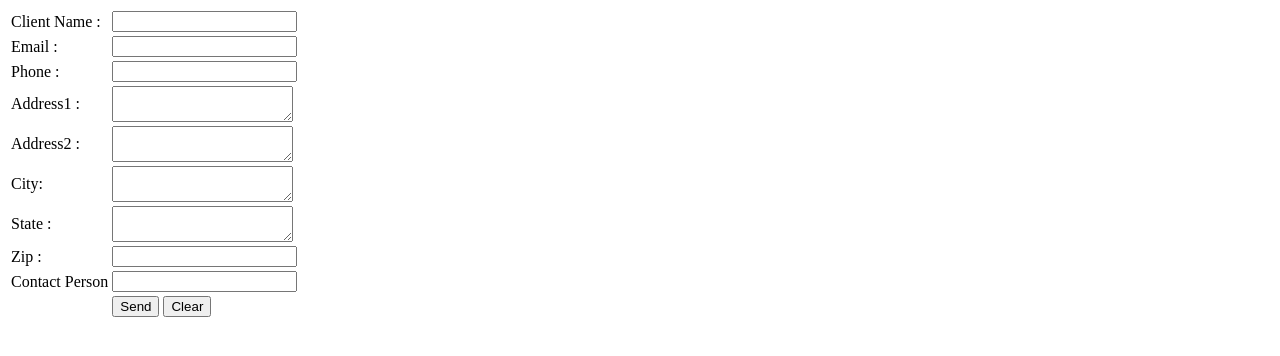
Repository: sosam29/CandidateTracking
Page: http://localhost/SimpleCandidateTrackingApp/addsubmission.jsp
The author's editor kept a copy of each file at every save. The page is drawn from the files as they stood at one save, then again after the next save.
The browser window is 1280 px wide. The pictures show the whole page.
Some web libraries are served in a nearby version. The page is served by Tomcat 9.

Above is the page before, as saved 2014-08-04 10:54:11.

After the next save:
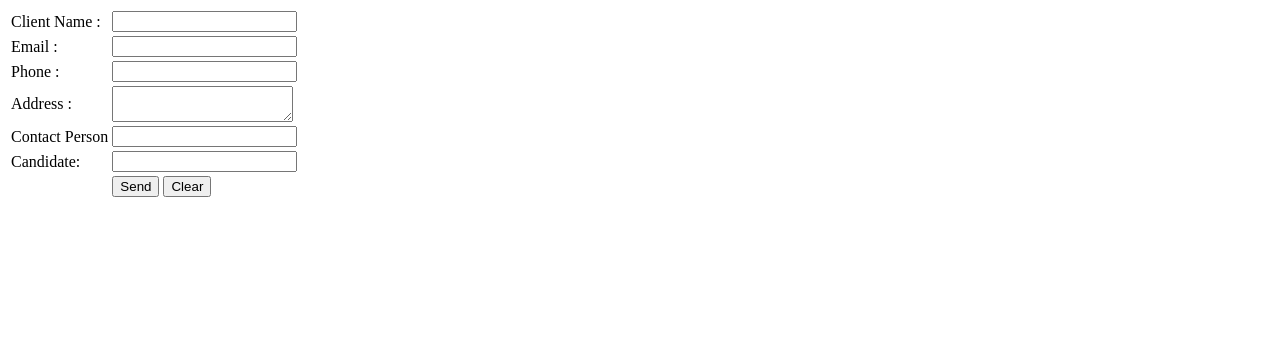
Saved 6 min 49 s later.
--- a/SimpleCandidateTrackingApp/WebContent/addsubmission.jsp
+++ b/SimpleCandidateTrackingApp/WebContent/addsubmission.jsp
@@ -85,12 +85,12 @@
 						enter Client phone</span></td>
 			</tr>
 			<tr>
-				<td><label for="txtclientaddress1">Address1 :</label></td>
-				<td class="message"><textarea name="txtclientaddress1"
-						id="address1" class="client-input"></textarea><span
+				<td><label for="txtclientaddress">Address :</label></td>
+				<td class="message"><textarea name="txtclientaddress"
+						id="address" class="client-input"></textarea><span
 					class="form_error">Please enter your Address</span></td>
 			</tr>
-			<tr>
+			<!-- <tr>
 				<td><label for="txtclientaddress2">Address2 :</label></td>
 				<td class="message"><textarea name="txtclientaddress2"
 						id="address2" class="client-input"></textarea><span
@@ -114,7 +114,7 @@
 				<td class="txtclientzip"><input name="txtclientzip" id="zip"
 					type="text" class="client-input"><span class="form_error">Please
 						enter zip</span></td>
-			</tr>
+			</tr> -->
 			<tr>
 				<td><label for="txtclientcontact">Contact Person</label></td>
 				<td class="txtclientcontact"><input name="txtclientcontact"
@@ -122,6 +122,10 @@
 					class="form_error">Please enter Contact Person</span></td>
 			</tr>
 			<tr>
+				<td><label for="candidateselection">Candidate:</label></td>
+				<td class="selcandidate"><input name="candidateid"
+				id="candidateid" type="text" class=""client-input></td>
+			</tr>
 				<td></td>
 				<td><input type="submit" class="clientform-buttons" id="submit"
 					value="Send" /> <input type="reset" class="clientform-buttons"
